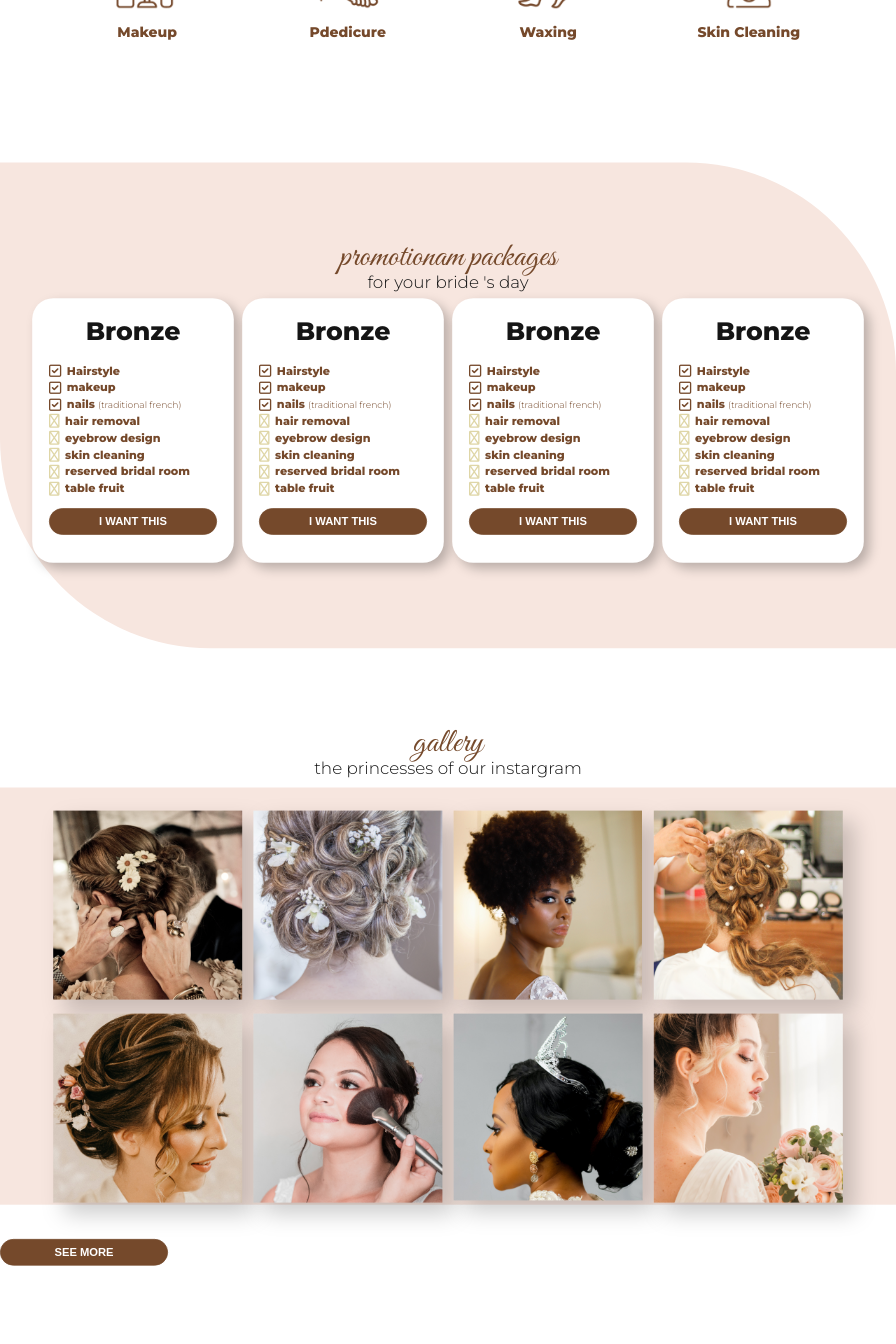
Repository: TuanHuflit2k1/clone-web01
Page: index.html
These files come from the project's save history. The page is drawn as it stood at one moment and after a run of saves; the edit follows.
The browser window is 1280 px wide. The pictures show the part of the page from y = 2010 to 3930 px (the page is 3930 px tall), at 70% of full size.
Some web libraries are served in a nearby version.

Above is the page before, as saved 2022-04-28 12:51:48.

### index.html
<!DOCTYPE html>
<html lang="en">
  <head>
    <meta charset="UTF-8" />
    <meta http-equiv="X-UA-Compatible" content="IE=edge" />
    <meta name="viewport" content="width=device-width, initial-scale=1.0" />
    <title>Beauty Salon</title>
    <!-- css file -->
    <link rel="stylesheet" href="./style.css" />
    <!-- font awesomw CDN -->
    <link
      rel="stylesheet"
      href="https://cdnjs.cloudflare.com/ajax/libs/font-awesome/6.1.1/css/all.min.css"
      integrity="sha512-KfkfwYDsLkIlwQp6LFnl8zNdLGxu9YAA1QvwINks4PhcElQSvqcyVLLD9aMhXd13uQjoXtEKNosOWaZqXgel0g=="
      crossorigin="anonymous"
      referrerpolicy="no-referrer"
    />
  </head>
  <body>
    <!-- header -->
    <header class="header" id="header">
      <div class="navbar">
        <div class="logo">
          <img src="./img/logo.svg" alt="Logo" />
        </div>
        <nav class="nav-menu" id="nav-menu">
          <ul class="nav-list">
            <li><a href="#" class="nav-link active">home</a></li>
            <li><a href="#about" class="nav-link">about</a></li>
            <li><a href="#services" class="nav-link">services</a></li>
            <li><a href="#package" class="nav-link">package</a></li>
            <li><a href="#gallery" class="nav-link">gallery</a></li>
            <li><a href="#contact" class="nav-link">contact</a></li>
          </ul>
        </nav>
        <div class="nav-toggle" id="nav-toggle">
          <i class="fas fa-bars"></i>
        </div>
      </div>
    </header>
    <!-- end header -->
    <!-- start home section -->
    <section class="home">
      <div class="container">
        <div class="home-img">
          <img src="./img/home-img.png" />
        </div>
        <div class="home-content">
          <h1>Your big day<br /><span>in style</span></h1>
          <p>
            Come see our bride 's corner and take the opportunity to schedule
            your date
          </p>
          <a href="#" class="btn btn-outline">
            <i class="fab fa-whatsapp"></i>
            Schedule your time
          </a>
        </div>
      </div>
    </section>
    <!-- end section home -->
    <!-- start section about -->
    <section class="about" id="about">
      <div class="container">
        <div class="section-title">
          <h1>our story</h1>
          <span>studio hair</span>
        </div>
        <div class="about-detail">
          <div class="about-detal-content">
            <div class="about-img">
              <img src="./img/about-img.jpg" />
            </div>
            <div class="about-description">
              <p>
                Lorem ipsum dolor sit amet consectetur adipisicing elit. Error,
                maiores!
              </p>
              <p>
                Lorem ipsum dolor sit amet consectetur adipisicing elit.
                Distinctio itaque, adipisci animi quisquam aliquid excepturi!
              </p>
              <p>
                Lorem ipsum dolor sit amet consectetur adipisicing elit.
                Blanditiis, sequi?
              </p>
            </div>
          </div>
        </div>
      </div>
    </section>
    <!-- end section about -->
    <!-- start service section -->
    <div class="services" id="services">
      <div class="services-content">
        <div class="section-title">
          <h1>services</h1>
          <span>what we do</span>
        </div>
        <div class="services-content-description">
          <div class="box">
            <div class="inner">
              <img src="./img/services/manicure.png" />
              <p>manicure</p>
            </div>
          </div>
          <div class="box">
            <div class="inner">
              <img src="./img/services/eyebrow design.png" />
              <p>eyebrow design</p>
            </div>
          </div>
          <div class="box">
            <div class="inner">
              <img src="./img/services/haircut.png" />
              <p>haircut</p>
            </div>
          </div>
          <div class="box">
            <div class="inner">
              <img src="./img/services/hairstyle.png" />
              <p>hairstyle</p>
            </div>
          </div>
          <div class="box">
            <div class="inner">
              <img src="./img/services/makeup.png" />
              <p>makeup</p>
            </div>
          </div>
          <div class="box">
            <div class="inner">
              <img src="./img/services/pedicure.png" />
              <p>pdedicure</p>
            </div>
          </div>
          <div class="box">
            <div class="inner">
              <img src="./img/services/waxing.png" />
              <p>waxing</p>
            </div>
          </div>
          <div class="box">
            <div class="inner">
              <img src="./img/services/skin cleansing.png" />
              <p>skin cleaning</p>
            </div>
          </div>
        </div>
      </div>
    </div>
    <!-- end services section -->
    <!-- start package section -->
    <div class="package" id="package">
      <div class="section-title">
        <h1>promotionam packages</h1>
        <span>for your bride 's day</span>
      </div>
      <div class="package-cards">
        <div class="card">
          <div class="card-title">
            <h1>Bronze</h1>
          </div>
          <div class="card-items">
            <div class="item">
              <i class="far fa-check-square check-icon"></i>
              <p>Hairstyle</p>
            </div>
            <div class="item">
              <i class="far fa-check-square check-icon"></i>
              <p>makeup</p>
            </div>
            <div class="item">
                <i class="far fa-check-square check-icon"></i>
                <p>nails <span>(traditional french)</span></p>
              </div>
              <div class="item">
                <i class="far fa-times-square x-icon"></i>
                <p class="not">hair removal</p>
              </div>
              <div class="item">
                <i class="far fa-times-square x-icon"></i>
                <p class="not">eyebrow design</p>
              </div>
              <div class="item">
                <i class="far fa-times-square x-icon"></i>
                <p class="not">skin cleaning</p>
              </div>
              <div class="item">
                <i class="far fa-times-square x-icon"></i>
                <p class="not"> reserved bridal room</p>
              </div>
              <div class="item">
                <i class="far fa-times-square x-icon"></i>
                <p class="not">table fruit</p>
              </div>
            <button class="btn">I want this</button>

          </div>

      </div>
      <div class="card">
        <div class="card-title">
          <h1>Bronze</h1>
        </div>
        <div class="card-items">
          <div class="item">
            <i class="far fa-check-square check-icon"></i>
            <p>Hairstyle</p>
          </div>
          <div class="item">
            <i class="far fa-check-square check-icon"></i>
            <p>makeup</p>
          </div>
          <div class="item">
              <i class="far fa-check-square check-icon"></i>
              <p>nails <span>(traditional french)</span></p>
            </div>
            <div class="item">
              <i class="far fa-times-square x-icon"></i>
              <p class="not">hair removal</p>
            </div>
            <div class="item">
              <i class="far fa-times-square x-icon"></i>
              <p class="not">eyebrow design</p>
            </div>
            <div class="item">
              <i class="far fa-times-square x-icon"></i>
              <p class="not">skin cleaning</p>
            </div>
            <div class="item">
              <i class="far fa-times-square x-icon"></i>
              <p class="not"> reserved bridal room</p>
            </div>
            <div class="item">
              <i class="far fa-times-square x-icon"></i>
              <p class="not">table fruit</p>
            </div>
            <button class="btn">I want this</button>

        </div>

    </div>
    <div class="card">
        <div class="card-title">
          <h1>Bronze</h1>
        </div>
        <div class="card-items">
          <div class="item">
            <i class="far fa-check-square check-icon"></i>
            <p>Hairstyle</p>
          </div>
          <div class="item">
            <i class="far fa-check-square check-icon"></i>
            <p>makeup</p>
          </div>
          <div class="item">
              <i class="far fa-check-square check-icon"></i>
              <p>nails <span>(traditional french)</span></p>
            </div>
            <div class="item">
              <i class="far fa-times-square x-icon"></i>
              <p class="not">hair removal</p>
            </div>
            <div class="item">
              <i class="far fa-times-square x-icon"></i>
              <p class="not">eyebrow design</p>
            </div>
            <div class="item">
              <i class="far fa-times-square x-icon"></i>
              <p class="not">skin cleaning</p>
            </div>
            <div class="item">
              <i class="far fa-times-square x-icon"></i>
              <p class="not"> reserved bridal room</p>
            </div>
            <div class="item">
              <i class="far fa-times-square x-icon"></i>
              <p class="not">table fruit</p>
            </div>
            <button class="btn">I want this</button>

        </div>

    </div>
    <div class="card">
        <div class="card-title">
          <h1>Bronze</h1>
        </div>
        <div class="card-items">
          <div class="item">
            <i class="far fa-check-square check-icon"></i>
            <p>Hairstyle</p>
          </div>
          <div class="item">
            <i class="far fa-check-square check-icon"></i>
            <p>makeup</p>
          </div>
          <div class="item">
              <i class="far fa-check-square check-icon"></i>
              <p>nails <span>(traditional french)</span></p>
            </div>
            <div class="item">
              <i class="far fa-times-square x-icon"></i>
              <p class="not">hair removal</p>
            </div>
            <div class="item">
              <i class="far fa-times-square x-icon"></i>
              <p class="not">eyebrow design</p>
            </div>
            <div class="item">
              <i class="far fa-times-square x-icon"></i>
              <p class="not">skin cleaning</p>
            </div>
            <div class="item">
              <i class="far fa-times-square x-icon"></i>
              <p class="not"> reserved bridal room</p>
            </div>
            <div class="item">
              <i class="far fa-times-square x-icon"></i>
              <p class="not">table fruit</p>
            </div>
            <button class="btn">I want this</button>
        </div>

    </div>

        </div>
      </div>
    </div>
    <!-- end package asection -->
    <!-- start galley section -->
    <section class="gallery" id="gallery">
<div class="gallery-content">
    <div class="section-title">
        <h1>gallery</h1>
        <span>the princesses of our instargram</span>
    </div>
    <div class="gallery-list-img">
        <div class="gallery-img">
            <img src="./img/img-insta/photo1.png">
        </div>
        <div class="gallery-img">
            <img src="./img/img-insta/photo2.png">
        </div>
        <div class="gallery-img">
            <img src="./img/img-insta/photo3.png">
        </div>
        <div class="gallery-img">
            <img src="./img/img-insta/photo4.png">
        </div>
        <div class="gallery-img">
            <img src="./img/img-insta/photo5.png">
        </div>
        <div class="gallery-img">
            <img src="./img/img-insta/photo6.png">
        </div>
        <div class="gallery-img">
            <img src="./img/img-insta/photo7.png">
        </div>
        <div class="gallery-img">
            <img src="./img/img-insta/photo8.png">
        </div>
    </div>
    <button class="btn gallery-content button">see more</button>
</div>
    </section>
    <!-- link js -->
    <script src="./main.js"></script>
  </body>
</html>

### style.css
/* font */
@import url("https://fonts.googleapis.com/css2?family=Great+Vibes&family=Montserrat:wght@300;400;600;800&display=swap");
:root {
  --header-height: 5rem;
  --main-color: #f7e6df;
  --first-color: #75492b;
  --secon-color: #dfd6a7;
  --white-color: #fff;
  --black-color: #151515;

  --font-cursive: "Great Vibes", cursive;
  --font-body: "Montserrat", sans-serif;

  --big-font-size: 3rem;
  --h1-font-size: 2.25rem;
  --h2-font-size: 1.5rem;
  --h3-font-size: 1.25rem;
  --normal-font-size: 1rem;
  --small-font-size: 0.813rem;
}
* {
  box-sizing: border-box;
  margin: 0;
  padding: 0;
  text-decoration: none;
  list-style: none;
  outline: none;
  border: none;
}
html {
  scroll-behavior: smooth;
}
body {
  background-color: var(--white-color);
  font-size: var(--normal-font-size);
  font-family: var(--font-body);
  overflow-x: hidden;
}
/* button */
.btn {
  width: 240px;
  display: flex;
  align-items: center;
  justify-content: center;
  text-align: center;
  background-color: var(--first-color);
  color: var(--white-color);
  border: 1px solid var(--first-color);
  border-radius: 50px;
  font-size: var(--normal-font-size);
  font-weight: bold;
  text-transform: uppercase;
  line-height: 1rem;
  padding: 10px 20px;
  cursor: pointer;
  transition: all 0.4s ease;
}
.btn:hover {
  background-color: transparent;
  color: var(--first-color);
}
.btn-outline {
  width: 280px;
  background-color: transparent;
  color: var(--first-color);
  padding: 5px 10px 5px 0;
  transition: all 0.4s ease;
  position: relative;
}
.btn-outline::before {
  content: "";
  position: absolute;
  top: 0;
  left: 0;
  width: 18%;
  height: 100%;
  background-color: var(--first-color);
  border: 1px solid var(--first-color);
  border-radius: 50px;
  transition: all 0.4s ease-in-out;
}
.btn-outline i {
  margin-right: 1.5rem;
  font-size: var(--h3-font-size);
  color: var(--white-color);
  z-index: 10;
}
.btn-outline:hover::before {
  width: 100%;
  z-index: -1;
}
.btn-outline:hover {
  color: var(--white-color);
  z-index: 10;
}
/* end button */
.header {
  position: fixed;
  top: 0;
  left: 0;
  right: 0;
  height: var(--header-height);
  background-color: rgba(255, 255, 255, 0.3);
  z-index: 10000;
  transition: all 0.4s ease;
}
.scroll-header {
  background-color: var(--white-color);
  box-shadow: 0 4px 6px rgba(0, 0, 0, 0.1);
}
.navbar {
  width: 100%;
  max-width: 1200px;
  margin: 0 auto;
  display: flex;
  justify-content: space-between;
  align-items: center;
  padding: 20px;
}
.nav-menu .nav-list {
  display: flex;
}
.nav-menu li {
  margin-right: 2rem;
}
.nav-link {
  font-size: var(--normal-font-size);
  color: var(--black-color);
  font-weight: bold;
  text-transform: capitalize;
  position: relative;
  transition: all 0.4s ease;
}
.nav-link::before {
  content: "";
  position: absolute;
  width: 0;
  left: 0;
  bottom: 0;
  height: 2px;
  background-color: var(--first-color);
  transition: all 0.4s ease-in-out;
}
.nav-link:hover::before {
  width: 100%;
}
.nav-link:hover,
.nav-link.active {
  color: var(--first-color);
}
.nav-toggle {
  font-size: var(--h1-font-size);
  padding: 5px 5px 0;
  border: 2px solid transparent;
  cursor: pointer;
  z-index: 100;
  display: none;
}
.nav-toggle:hover {
  color: var(--first-color);
  border: 2px solid var(--first-color);
}
/* Start Home Section */
.home {
  width: 100%;
  height: 100vh;
  background-color: var(--main-color);
  border-radius: 0 0 300px 0;
}
.home .container {
  max-width: 1200px;
  margin: 0 auto;
  display: flex;
  flex-wrap: wrap;
}
.home .home-img img {
  max-width: 100%;
  height: 100%;
}
.home .home-content {
  width: 40%;
  height: 100vh;
  display: flex;
  flex-direction: column;
  align-items: flex-start;
  justify-content: center;
}
.home-content h1 {
  font-family: var(--font-cursive);
  font-size: 4rem;
  line-height: 3.5rem;
  letter-spacing: 4px;
  color: var(--first-color);
  margin-bottom: 1.5rem;
}
.home-content p {
  font-weight: 400;
  line-height: 1.5rem;
  letter-spacing: 2px;
  color: var(--black-color);
  margin-bottom: 1.5rem;
}

/* End Home Section */
/* start about section */
.about {
  width: 100%;
  padding: 7rem 0;
  background-image: url(./img/arabesque-left-bottom.svg);
  background-repeat: no-repeat;
  background-position: bottom left;
  z-index: -1;
}
.about .container {
  max-width: 1200px;
  margin: 0 auto;
  display: flex;
  flex-wrap: wrap;
}
.section-title {
  text-align: center;
  margin: 0 auto;
}
.section-title h1 {
  font-family: var(--font-cursive);
  font-size: var(--big-font-size);
  font-weight: 400;
  line-height: 3rem;
  color: var(--first-color);
}
.section-title span {
  font-weight: 300;
  font-size: var(--h2-font-size);
  line-height: 1.5rem;
  color: var(--black-color);
}
.about-detail {
  width: 100%;
  padding: 2rem;
}
.about-detal-content {
  display: grid;
  grid-template-columns: repeat(2, 1fr);
  gap: 1rem;
  align-items: center;
  border: 2px solid var(--first-color);
  border-radius: 30px;
  padding: 1rem;
}
.about-img img {
  width: 100%;
  border-radius: 30px;
  filter: drop-shadow(16px 16px 16px rgba(0, 0, 0, 0.25));
}
.about-description {
  position: relative;
  padding: 2rem;
}
.about-description::before {
  content: "";
  position: absolute;
  width: 100%;
  height: 110%;
  top: -10%;
  left: 0;
  background-color: var(--main-color);
  border-radius: 30px;
  box-shadow: 4px 8px 16px rgba(0, 0, 0, 0.25);
  z-index: -1;
}
.about-description p {
  font-weight: 400;
  line-height: 2rem;
  color: var(--black-color);
}
/* start services section */

.services {
  width: 100%;
  padding: 7rem 0;
  background-image: url(./img/arabesque-left-top.svg);
  background-repeat: no-repeat;
  background-position: top left;
  z-index: -1;
}
.services-content {
  max-width: 1200px;
  margin: 0 auto;
  display: flex;
  flex-wrap: wrap;
}
.services-content-description {
  width: 100%;
  max-width: 1200px;
  margin: 0 auto;
  padding: 2rem;
  text-align: center;
  display: grid;
  grid-template-columns: repeat(4, 1fr);
  gap: 10px;
}
.services-content-description .box {
  padding: 20px;
}
.services-content-description .box .inner img {
  width: 90px;
  margin-bottom: 1rem;
}
.services-content-description .box .inner {
  font-size: var(--h3-font-size);
  font-weight: 800;
  text-transform: capitalize;
  color: var(--first-color);
  padding: 10px;
  position: relative;
}
.services-content-description .box .inner::before,
.services-content-description .box .inner::after {
  content: "";
  position: absolute;
  width: 0;
  height: 0;
  box-sizing: border-box;
  transition: all 0.8s ease;
}
.services-content-description .box .inner::before {
  bottom: 0;
  left: 0;
  border-bottom: 3px solid transparent;
  border-left: 3px solid transparent;
}
.services-content-description .box .inner::after {
  top: 0;
  right: 0;
  border-top: 3px solid transparent;
  border-right: 3px solid transparent;
}
.services-content-description .box:hover .inner::before,
.services-content-description .box:hover .inner::after {
  width: 100%;
  height: 100%;
  border-color: var(--first-color);
}
/* end services section */
/* start package */
.package {
  width: 100%;
  padding: 7rem 0;
  background-color: var(--main-color);
  border-radius: 0 300px;
}
.package-cards {
  max-width: 1200px;
  display: flex;
  flex-wrap: wrap;
  margin: 0 auto;
}
.card {
  background-color: var(--white-color);
  box-shadow: 8px 8px 16px rgba(0, 0, 0, 0.25);
  border-radius: 30px;
  padding: 1.5rem;
  margin: 10px auto;
  transition: all 0.4s ease-in-out;
  cursor: pointer;
}
.card:hover {
  transform: scale(1.1);
}
.card-title {
  text-align: center;
  margin-bottom: 1.5rem;
}
.card-title h1 {
  font-weight: bold;
  font-size: var(--h1-font-size);
  line-height: 2, 25rem;
  color: var(--black-color);
}
.card-items {
  margin-bottom: 1rem;
}
.card-items .item p {
  font-weight: bold;
  line-height: 1.5rem;
  color: var(--first-color);
  margin-left: 0.5rem;
}
.item {
  display: flex;
  align-items: center;
}
.card-items .item p span {
  font-size: var(--small-font-size);
  font-weight: 300;
}
.item .check-icon,
.item .x-icon {
  font-size: var(--h3-font-size);
}
.item .x-icon,
.item .not {
  color: var(--secon-color);
}
.item .check-icon {
  color: var(--first-color);
}
.card-items button {
  margin: 1rem auto 0;
}
/* end card */
/* start gallery section */
.gallery {
  width: 100%;
  padding: 7rem 0;
  position: relative;
}
.gallery::before {
  content: "";
  position: absolute;
  width: 100%;
  height: 60%;
  top: 20%;
  background-color: var(--main-color);
  z-index: -1;
}
.gallery-list-img {
  width: 100%;
  max-width: 1200px;
  display: flex;
  flex-wrap: wrap;
  justify-content: center;
  position: relative;
  margin: 2.5rem auto;
}
.gallery-img img {
  margin: 0.5rem;
  filter: drop-shadow(16px 16px 16px rgba(0, 0, 0, 0.2));
}
.gallery-img:hover img {
  transform: scale(1.1);
}

@media (max-width: 920px) {
  .nav-menu {
    position: absolute;
    top: 0;
    right: 0;
    width: 0;
    height: 100vh;
    background-color: var(--main-color);
    font-size: var(--h2-font-size);
    text-align: center;
    text-transform: capitalize;
    padding-top: var(--header-height);
    box-shadow: 0 0 5px rgba(0, 0, 0, 0.4);
    transition: all 0.4s ease-in-out;
  }
  .show-nav {
    width: 60%;
  }
  .nav-menu .nav-list {
    display: block;
  }
  .nav-menu li {
    padding: 15px 0;
  }
  .nav-link {
    font-size: var(--h3-font-size);
  }
  .nav-toggle {
    display: block;
  }
  .home .home-img img {
    display: none;
  }
  .home .home-content {
    width: 100%;
    height: 100vh;
    display: flex;
    justify-content: center;
    align-items: center;
  }
  .home-content h1 {
    font-size: var(--big-font-size);
  }
  .home-content p {
    padding: 0 2rem;
  }
  .about-detal-content {
    grid-template-columns: unset;
  }
  .services-content-description {
    grid-template-columns: repeat(2, 1fr);
  }
}
@media (max-width: 560px) {
  .services-content-description {
    grid-template-columns: unset;
  }
}

### main.js
//Show Navbar
const nav = document.querySelector(".nav-menu");
const toggle = document.querySelector(".nav-toggle");
toggle.onclick = () => {
  nav.classList.toggle("show-nav");
};
//Remove bar
const navLink = document.querySelectorAll(".nav-link");
function linkAction() {
  nav.classList.remove("show-nav");
}
navLink.forEach((n) => n.addEventListener("click", linkAction));
//change active color
function colorLink() {
  if (navLink) {
    navLink.forEach((n) => n.classList.remove("active"));
    this.classList.add("active");
  }
}
navLink.forEach((l) => l.addEventListener("click", colorLink));

After the next 2 saves:
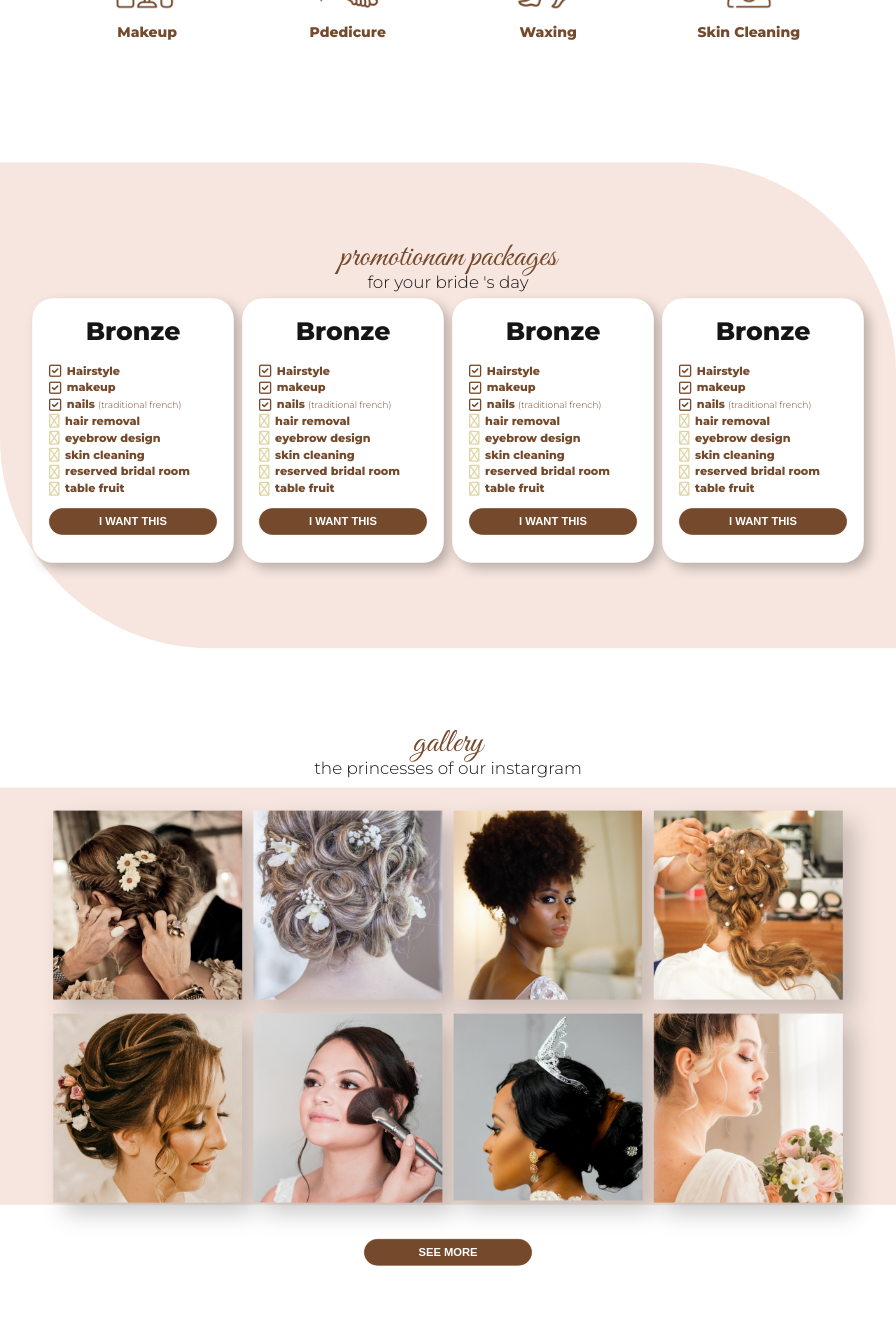
The 2 saves are shown as one change because they came seconds apart.
The last was saved 11 s later.
--- a/style.css
+++ b/style.css
@@ -440,7 +440,9 @@ body {
 .gallery-img:hover img {
   transform: scale(1.1);
 }
-
+.gallery-content button {
+  margin: 0 auto;
+}
 @media (max-width: 920px) {
   .nav-menu {
     position: absolute;
